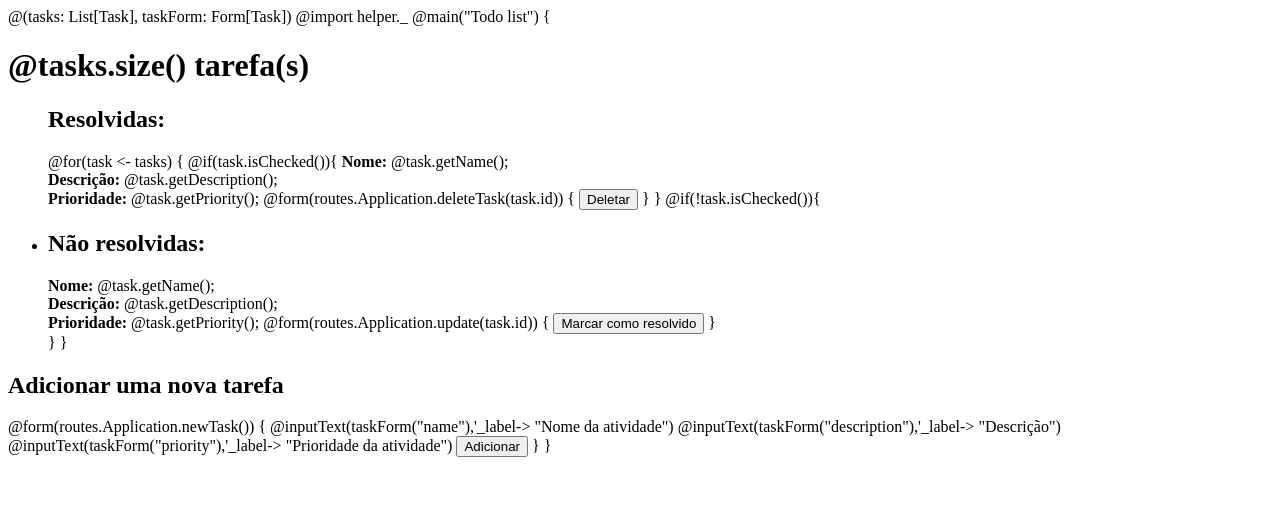
Repository: analuizamtg/si1
Page: lab2/todolist/.target/views/index.scala.html
These files come from the project's save history. The page is drawn as it stood at one moment and after the next save; the edit follows.
The browser window is 1280 px wide. The pictures show the whole page.

Above is the page before, as saved 2013-11-26 22:42:50.

After the next save:
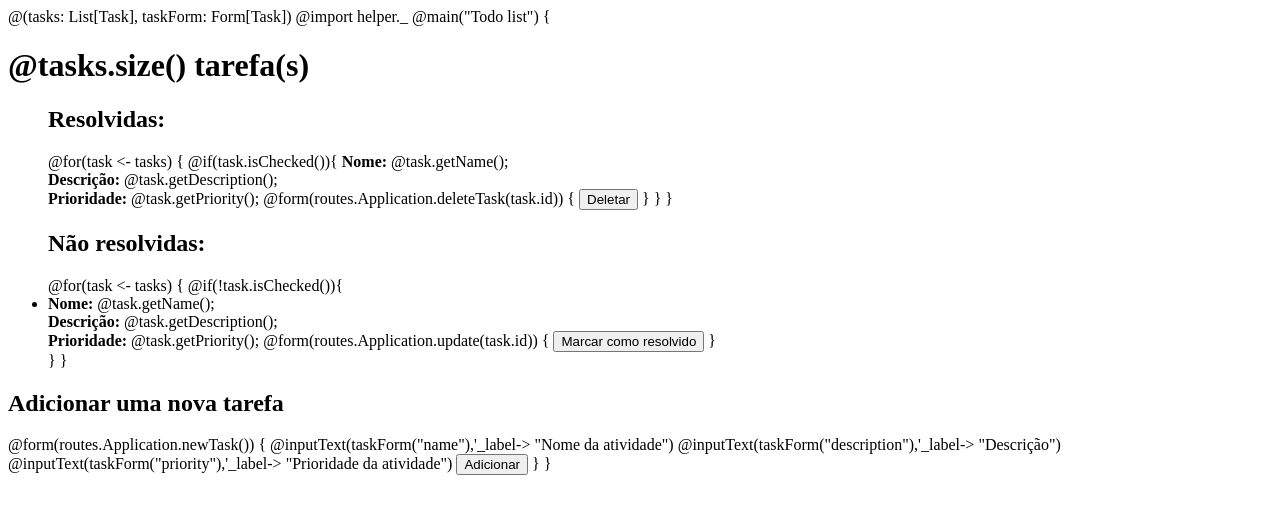
Saved 94 s later.
--- a/lab2/todolist/.target/views/index.scala.html
+++ b/lab2/todolist/.target/views/index.scala.html
@@ -19,8 +19,12 @@
                  @form(routes.Application.deleteTask(task.id)) {
                     <input type="submit" value="Deletar">
                 }
-        	} @if(!task.isChecked()){
-			            <li><b><h2> Não resolvidas: </h2></b>
+                }
+                }
+                <b><h2> Não resolvidas: </h2></b>
+           @for(task <- tasks) {
+        	 @if(!task.isChecked()){
+			            <li>
                 <b>Nome:</b> @task.getName();
                 <br>
                 <b>Descrição:</b>  @task.getDescription();
